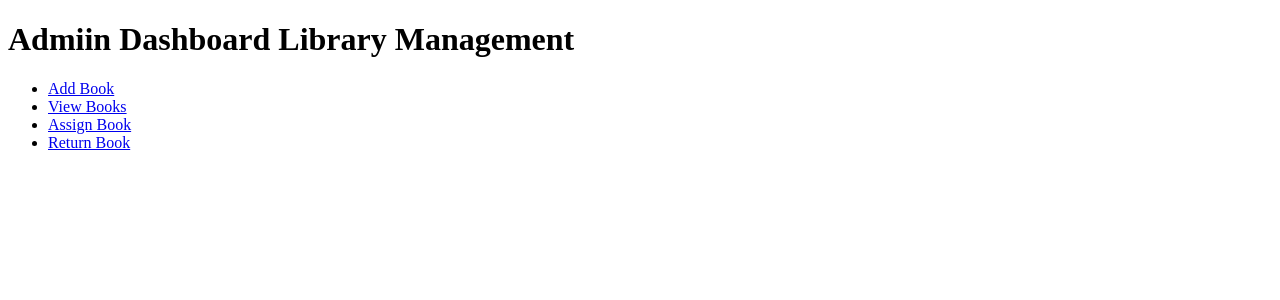
Repository: Gagan7259/Library_management
Page: http://localhost/Library_management/adminHome.jsp
An editor plug-in stored every save of this project. The page is shown before and after the next save, followed by the edit.
The browser window is 1280 px wide. The pictures show the whole page.
The page is served by Tomcat 10. The session is filled in as if someone had signed in: {"username": "testuser", "role": "admin"}.

Above is the page before, as saved 2025-07-18 09:31:56.

After the next save:
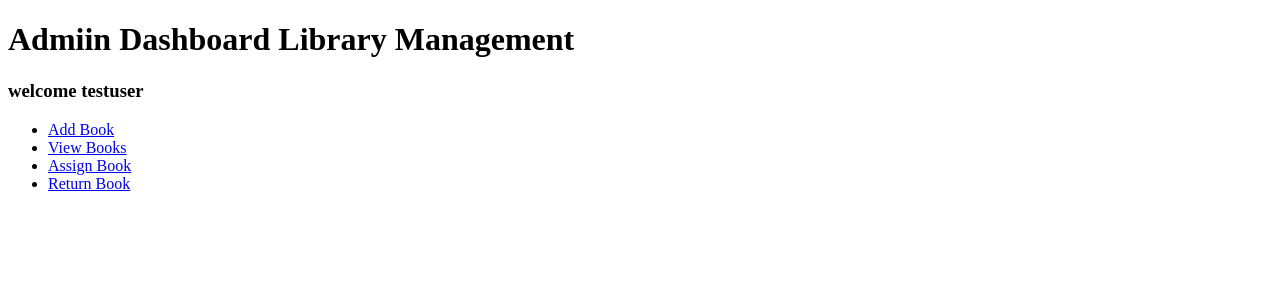
Saved 99 s later.
--- a/Library_management/src/main/webapp/adminHome.jsp
+++ b/Library_management/src/main/webapp/adminHome.jsp
@@ -15,6 +15,7 @@
 </head>
 <body>
 	<h1>Admiin Dashboard Library Management</h1>
+	<h3>welcome <%=session.getAttribute("username") %></h3>
 <ul>
 <li><a href="addBook.jsp">Add Book</a></li>
 <li><a href="viewBooks.jsp">View Books</a></li>
